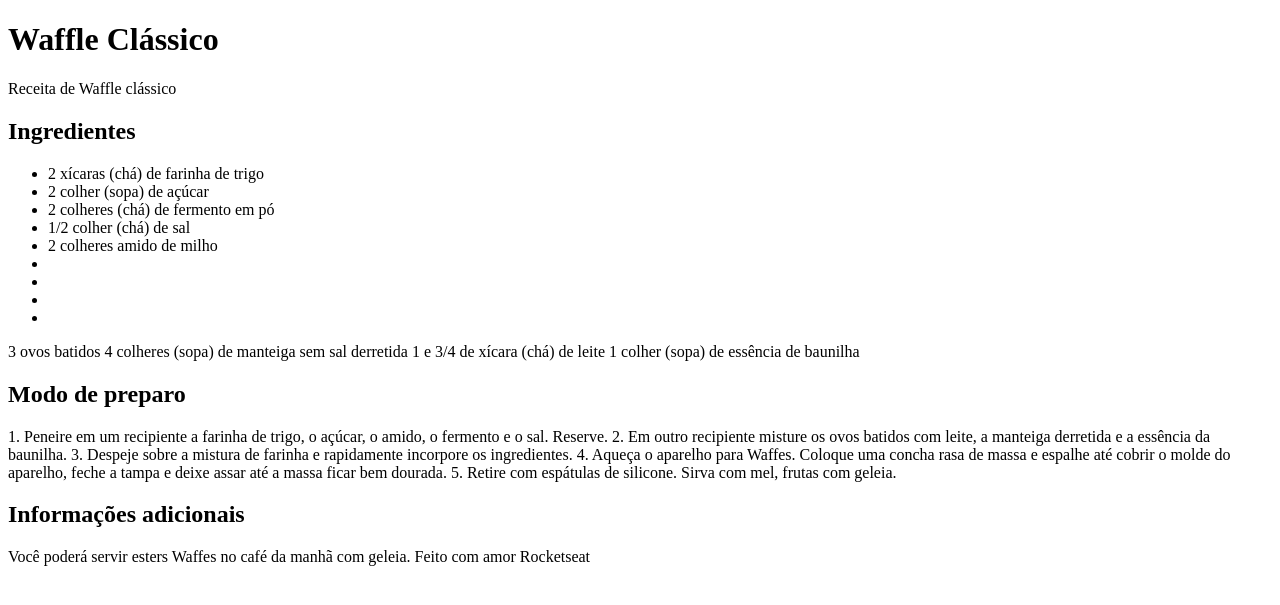
Repository: mferoc/MentoriaMais1CodeG7
Page: desafios-rocketseat-discover/Pagina_de_Receita/Página de Receita/index.html
The author's editor kept a copy of each file at every save. The page is drawn from the files as they stood at one save, then again after a run of saves.
The browser window is 1280 px wide. The pictures show the whole page.

Above is the page before, as saved 2022-06-29 20:19:07.

After the next 8 saves:
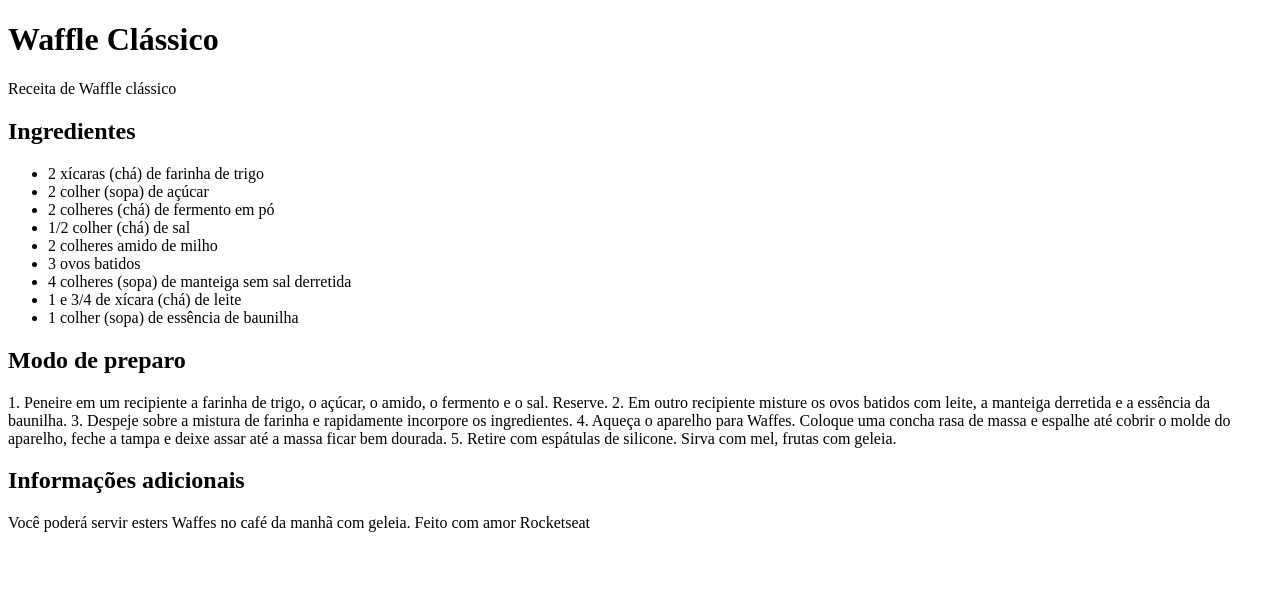
The 8 saves are shown as one change because they came seconds apart.
The last was saved 19 s later.
--- a/desafios-rocketseat-discover/Pagina_de_Receita/Página de Receita/index.html
+++ b/desafios-rocketseat-discover/Pagina_de_Receita/Página de Receita/index.html
@@ -20,20 +20,20 @@
     <li>2 colheres (chá) de fermento em pó</li>
     <li>1/2 colher (chá) de sal</li>
     <li>2 colheres amido de milho</li>
-    <li></li>
-    <li></li>
-    <li></li>
-    <li></li>
+    <li>3 ovos batidos</li>
+    <li>4 colheres (sopa) de manteiga sem sal derretida</li>
+    <li>1 e 3/4 de xícara (chá) de leite</li>
+    <li>1 colher (sopa) de essência de baunilha</li>
 </ul>
 
 
 
 
 
-3 ovos batidos
-4 colheres (sopa) de manteiga sem sal derretida
-1 e 3/4 de xícara (chá) de leite
-1 colher (sopa) de essência de baunilha
+
+
+
+
 
 <h2>Modo de preparo</h2>
 
